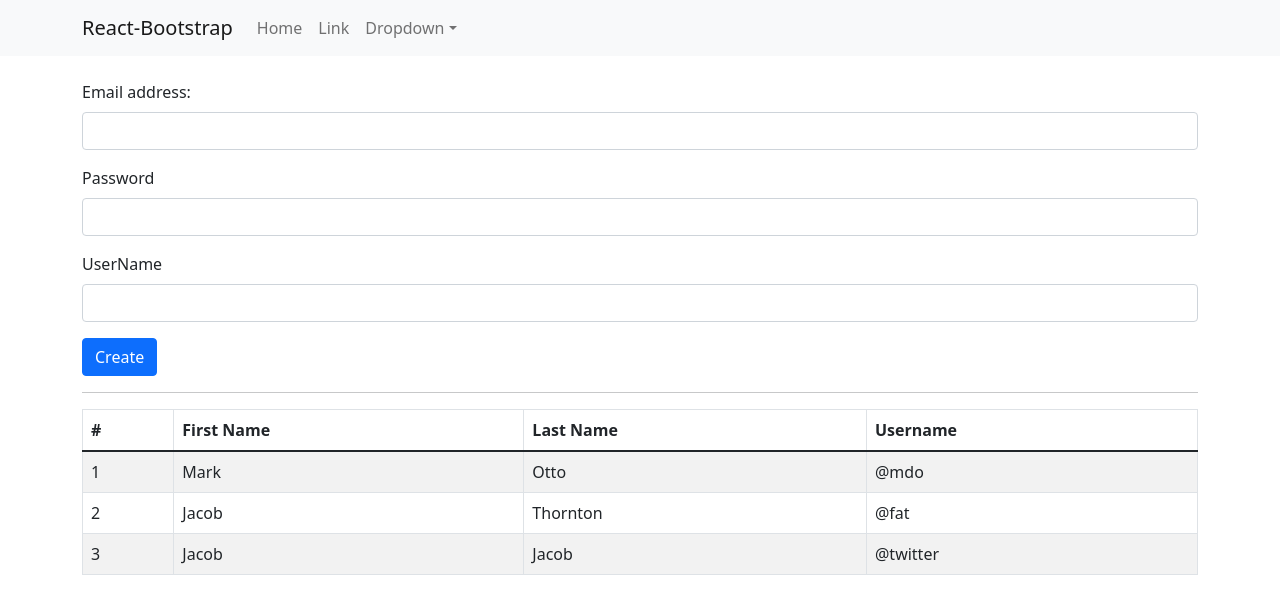
Repository: nnbxxx/-Redux-Ultimate---Redux
Page: /
An editor plug-in stored every save of this project. The page is shown before and after the next save, followed by the edit.
The browser window is 1280 px wide. The pictures show the whole page.
The page's requests for data from a server got no answer. The project was rebuilt for these pictures with package versions that can differ from the ones it lists, and the page was loaded fresh each time. No one was signed in, and anything a server would have sent is missing.

Above is the page before, as saved 2023-04-22 08:21:57.

### src/index.js
import React from "react";
import ReactDOM from "react-dom";
import "./index.css";
import App from "./App";
import reportWebVitals from "./reportWebVitals";
import { Provider } from "react-redux";
import store from "./redux/store";
import "bootstrap/dist/css/bootstrap.min.css";
ReactDOM.render(
  <Provider store={store}>
    <React.StrictMode>
      <App />
    </React.StrictMode>
  </Provider>,
  document.getElementById("root")
);

// If you want to start measuring performance in your app, pass a function
// to log results (for example: reportWebVitals(console.log))
// or send to an analytics endpoint. Learn more: https://bit.ly/CRA-vitals
reportWebVitals();

### src/App.js
import logo from "./logo.svg";
// import "./App.css";
import { increaseCounter, decreaseCounter } from "./action/actions.js";
import { connect, useDispatch, useSelector } from "react-redux";
import axios from "axios";
import { useEffect } from "react";
import Home from "./components/Home";
function App(props) {
  const dispatch = useDispatch();
  const count = useSelector((state) => {
    return state.counter.count;
  });
  const fetchAllUser = async () => {
    const re = await axios.get("http://localhost:8080/users/all");
    const data = re && re.data ? re.data : [];
  };
  useEffect(() => {
    fetchAllUser();
  }, []);
  return (
    <div className='App'>
      {/* <header className='App-header'>
        <img src={logo} className='App-logo' alt='logo' />
        <h1>Hello world with React and Hoi Dan IT!</h1>
        <div>Count: {count}</div>

        <button onClick={() => dispatch(increaseCounter())}>
          Increase Count
        </button>

        <button onClick={() => dispatch(decreaseCounter())}>
          Decrease Count
        </button>
      </header> */}
      <Home />
    </div>
  );
}
// const mapStateToProps = (state) => {
//   return {
//     count: state.counter.count,
//   };
// };

// const mapDispatchToProps = (dispatch) => {
//   return {
//     increaseCounter: () => dispatch(increaseCounter()),

//     decreaseCounter: () => dispatch(decreaseCounter()),
//   };
// };

// export default connect(mapStateToProps, mapDispatchToProps)(App);
export default App;

### src/redux/store.js
import { createStore } from "redux";

import rootReducer from "../reducer/rootReducer.js";
import { composeWithDevTools } from "redux-devtools-extension";
const store = createStore(rootReducer, composeWithDevTools());

export default store;

### src/action/actions.js
import { INCREMENT, DECREMENT } from "./types.js";

export const increaseCounter = () => {
  return {
    type: INCREMENT,
  };
};

export const decreaseCounter = () => {
  return {
    type: DECREMENT,
  };
};

### src/components/Home.js
import FormAddNew from "./FormAddNew";
import Header from "./Header";
import TableUser from "./TableUser";

const Home = (props) => {
  return (
    <>
      <Header />
      <FormAddNew />
      <TableUser />
    </>
  );
};
export default Home;

### src/reducer/rootReducer.js
import { combineReducers } from "redux";

import counterReducer from "./counterReducer.js";

const rootReducer = combineReducers({
  counter: counterReducer,
});

export default rootReducer;

### src/action/types.js
export const INCREMENT = "INCREMENT";

export const DECREMENT = "DECREMENT";

### src/components/FormAddNew.js
import Container from "react-bootstrap/Container";
import Button from "react-bootstrap/Button";
import Form from "react-bootstrap/Form";

const FormAddNew = (props) => {
  return (
    <>
      <Container>
        <br />
        <Form>
          <Form.Group className='mb-3'>
            <Form.Label>Email address: </Form.Label>
            <Form.Control type='email' />
          </Form.Group>
          <Form.Group className='mb-3'>
            <Form.Label>Password</Form.Label>
            <Form.Control type='password' />
          </Form.Group>
          <Form.Group className='mb-3'>
            <Form.Label>UserName</Form.Label>
            <Form.Control type='text' />
          </Form.Group>
        </Form>
        <Button variant='primary'>Create</Button>
      </Container>
    </>
  );
};
export default FormAddNew;

### src/components/Header.js
import Container from "react-bootstrap/Container";
import Nav from "react-bootstrap/Nav";
import Navbar from "react-bootstrap/Navbar";
import NavDropdown from "react-bootstrap/NavDropdown";
const Header = () => {
  return (
    <>
      <Navbar bg='light' expand='lg'>
        <Container>
          <Navbar.Brand href='#home'>React-Bootstrap</Navbar.Brand>
          <Navbar.Toggle aria-controls='basic-navbar-nav' />
          <Navbar.Collapse id='basic-navbar-nav'>
            <Nav className='me-auto'>
              <Nav.Link href='#home'>Home</Nav.Link>
              <Nav.Link href='#link'>Link</Nav.Link>
              <NavDropdown title='Dropdown' id='basic-nav-dropdown'>
                <NavDropdown.Item href='#action/3.1'>Action</NavDropdown.Item>
                <NavDropdown.Item href='#action/3.2'>
                  Another action
                </NavDropdown.Item>
                <NavDropdown.Item href='#action/3.3'>
                  Something
                </NavDropdown.Item>
                <NavDropdown.Divider />
                <NavDropdown.Item href='#action/3.4'>
                  Separated link
                </NavDropdown.Item>
              </NavDropdown>
            </Nav>
          </Navbar.Collapse>
        </Container>
      </Navbar>
    </>
  );
};
export default Header;

### src/components/TableUser.js
import Container from "react-bootstrap/Container";
import Table from "react-bootstrap/Table";
const TableUser = (props) => {
  return (
    <Container>
      <hr />
      <Table striped bordered hover>
        <thead>
          <tr>
            <th>#</th>
            <th>First Name</th>
            <th>Last Name</th>
            <th>Username</th>
          </tr>
        </thead>
        <tbody>
          <tr>
            <td>1</td>
            <td>Mark</td>
            <td>Otto</td>
            <td>@mdo</td>
          </tr>
          <tr>
            <td>2</td>
            <td>Jacob</td>
            <td>Thornton</td>
            <td>@fat</td>
          </tr>
          <tr>
            <td>3</td>
            <td>Jacob</td>
            <td>Jacob</td>
            <td>@twitter</td>
          </tr>
        </tbody>
      </Table>
    </Container>
  );
};
export default TableUser;

### src/reducer/counterReducer.js
import { INCREMENT, DECREMENT } from "../action/types.js";

const INITIAL_STATE = {
  count: 0,
};

const reducer = (state = INITIAL_STATE, action) => {
  switch (action.type) {
    case INCREMENT:
      return {
        ...state,
        count: state.count + 1,
      };

    case DECREMENT:
      return {
        ...state,
        count: state.count - 1,
      };

    default:
      return state;
  }
};

export default reducer;

Loaded but not shown: public/index.html (common file); src/index.css (common file); src/reportWebVitals.js (common file)

After the next save:
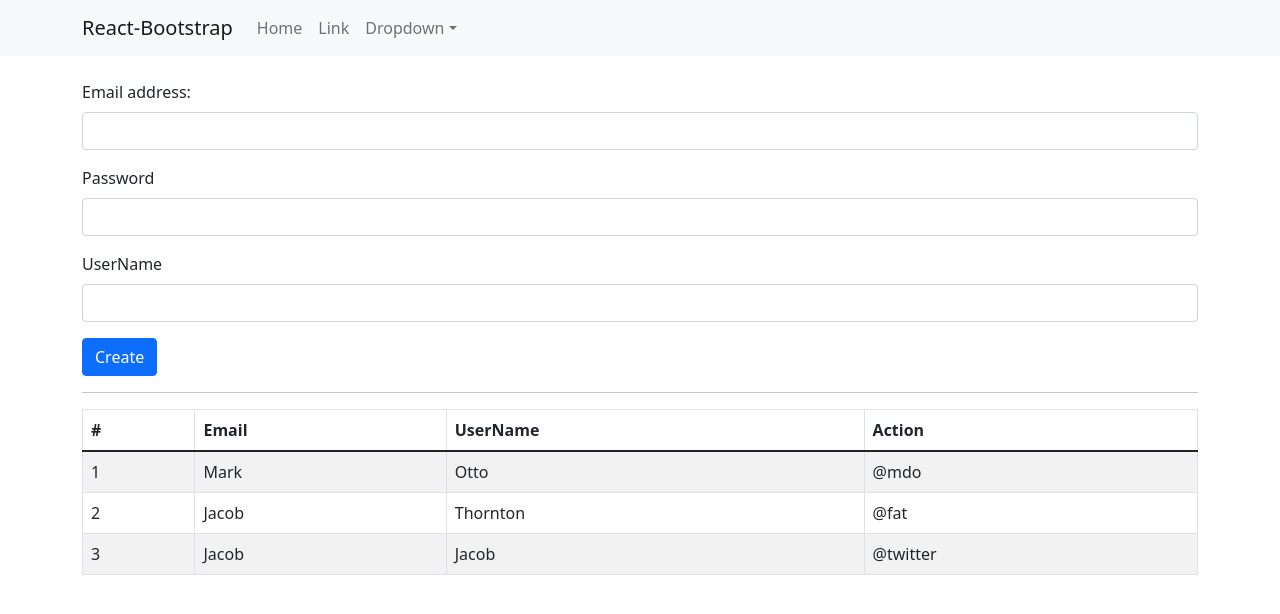
Saved 2 min 41 s later.
--- a/src/components/TableUser.js
+++ b/src/components/TableUser.js
@@ -8,9 +8,9 @@ const TableUser = (props) => {
         <thead>
           <tr>
             <th>#</th>
-            <th>First Name</th>
-            <th>Last Name</th>
-            <th>Username</th>
+            <th>Email</th>
+            <th>UserName</th>
+            <th>Action</th>
           </tr>
         </thead>
         <tbody>
